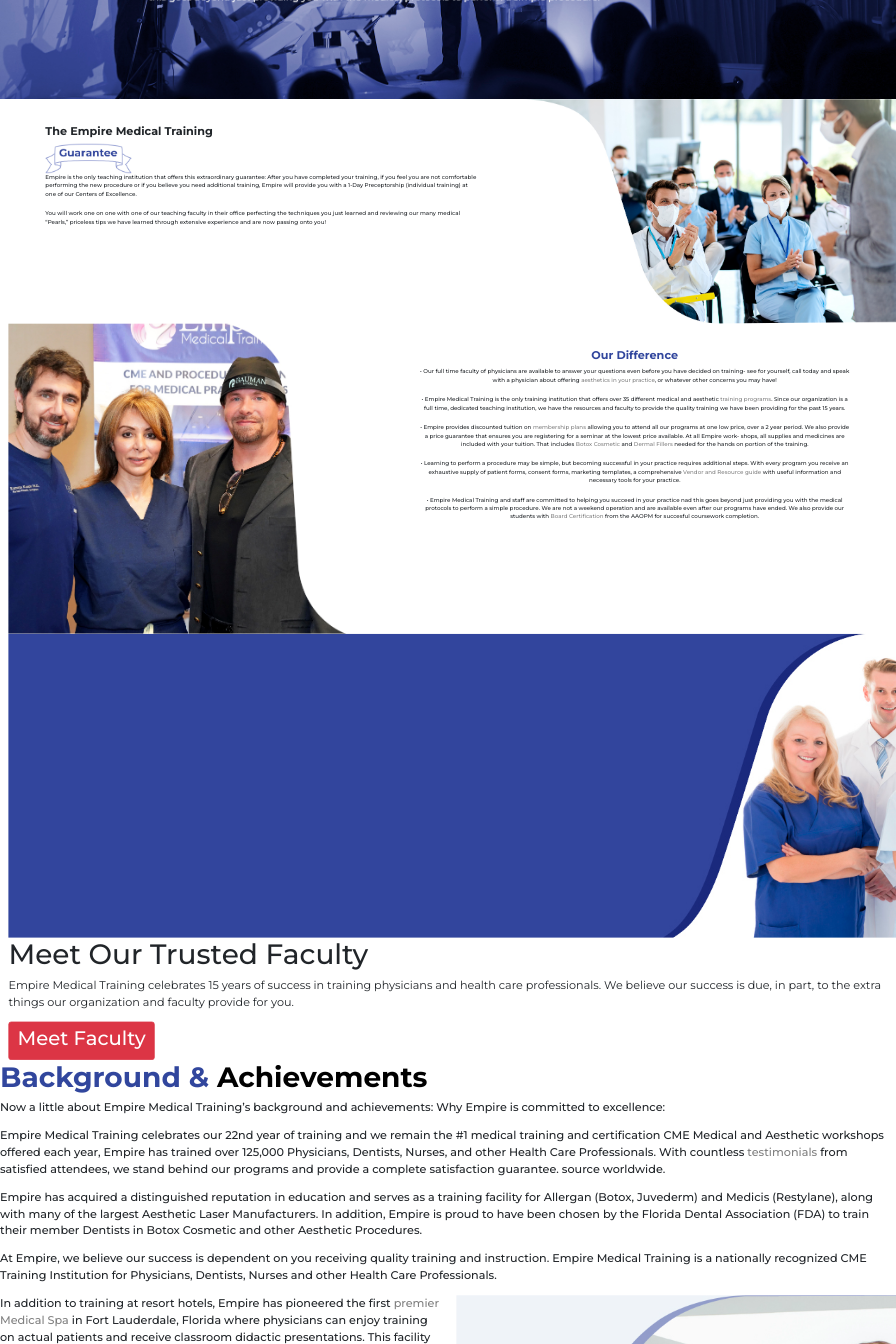
Repository: jorgi710/BODY-CONTOURING-INJECTABLES-AND-ADJUNCT-PROCEDURES
Page: our quarantee/file/src/index.html
These files come from the project's save history. The page is drawn as it stood at one moment and after the next save; the edit follows.
The browser window is 1280 px wide. The pictures show the part of the page from y = 418 to 2338 px (the page is 5890 px tall before and 6391 px after), at 70% of full size.

Above is the page before, as saved 2021-04-06 08:30:59.

### our quarantee/file/src/index.html
<!DOCTYPE html>
<html lang="en">
  <head>
    <meta charset="UTF-8" />
    <meta http-equiv="X-UA-Compatible" content="IE=edge" />
    <meta name="viewport" content="width=device-width, initial-scale=1.0" />
    <title>Page_3</title>

    <link
      href="https://cdn.jsdelivr.net/npm/bootstrap@5.0.0-beta3/dist/css/bootstrap.min.css"
      rel="stylesheet"
      integrity="sha384-eOJMYsd53ii+scO/bJGFsiCZc+5NDVN2yr8+0RDqr0Ql0h+rP48ckxlpbzKgwra6"
      crossorigin="anonymous"
    />
    <link
      href="https://fonts.googleapis.com/css2?family=Montserrat:wght@400;500;600;700&display=swap"
      rel="stylesheet"
    />
    <link rel="stylesheet" href="../css/style.css" />
  </head>
  <body>
    <header>
      <div class="container-fluid m-0 p-0">
        <img
          src="../assets/header.jpg"
          alt="navbar"
          class="img-fluid m-0 p-0"
        />
      </div>
    </header>
    <main>
      <section class="section_1">
        <div class="container-fluid text-center">
          <div class="row">
            <div class="col-sm-12 col-md-7 text-start">
              <div class="content_section_1">
                <h1 class="bold">The Empire Medical Training</h1>
                <img src="../assets/logo_main.jpg" alt="logo" class="logo" />
                <p class="medium">
                  Empire is the only teaching institution that offers this
                  extraordinary guarantee: After you have completed your
                  training, if you feel you are not comfortable performing the
                  new procedure or if you believe you need additional training,
                  Empire will provide you with a 1-Day Preceptorship (individual
                  training) at one of our Centers of Excellence.
                </p>
                <p class="medium">
                  You will work one on one with one of our teaching faculty in
                  their office perfecting the techniques you just learned and
                  reviewing our many medical “Pearls,” priceless tips we have
                  learned through extensive experience and are now passing onto
                  you!
                </p>
              </div>
            </div>
            <div class="col-md-5 justify-content-end p-0">
              <img
                src="../assets/section_1_1_web.jpg"
                alt=""
                class="d-none d-md-block img-fluid"
              />
              <img
                src="../assets/section_1_1_mobil.jpg"
                alt=""
                class="d-md-none img-fluid"
              />
            </div>
          </div>
          <div class="row">
            <div class="col-sm-12 col-md-5">
              <img
                src="../assets/section_1_2_web.jpg"
                alt="Our difference"
                class="d-none d-md-block"
              />
              <img
                src="../assets/section_1_2_mobil.jpg"
                alt=""
                class="d-md-none"
              />
            </div>
            <div class="col-md-7">
              <h1 class="bold azul">Our Difference</h1>
              <p class="medium">
                • Our full time faculty of physicians are available to answer
                your questions even before you have decided on training- see for
                yourself, call today and speak with a physician about offering
                <span class="claro">aesthetics in your practice</span>, or
                whatever other concerns you may have!
              </p>
              <p class="medium">
                • Empire Medical Training is the only training institution that
                offers over 35 different medical and aesthetic
                <span class="claro">training programs</span>. Since our
                organization is a full time, dedicated teaching institution, we
                have the resources and faculty to provide the quality training
                we have been providing for the past 15 years.
              </p>
              <p class="medium">
                • Empire provides discounted tuition on
                <span class="claro">membership plans</span>
                allowing you to attend all our programs at one low price, over a
                2 year period. We also provide a price guarantee that ensures
                you are registering for a seminar at the lowest price available.
                At all Empire work- shops, all supplies and medicines are
                included with your tuition. That includes
                <span class="claro">Botox Cosmetic</span> and
                <span class="claro">Dermal Fillers</span> needed for the hands
                on portion of the training.
              </p>
              <p class="medium">
                • Learning to perform a procedure may be simple, but becoming
                successful in your practice requires additional steps. With
                every program you receive an exhaustive supply of patient forms,
                consent forms, marketing templates, a comprehensive
                <span class="claro">Vendor and Resource guide</span> with useful
                information and necessary tools for your practice.
              </p>
              <p class="medium">
                • Empire Medical Training and staff are committed to helping you
                succeed in your practice nad this goes beyond just providing you
                with the medical protocols to perform a simple procedure. We are
                not a weekend operation and are available even after our
                programs have ended. We also provide our students with
                <span class="claro"> Board Certification</span> from the AAOPM
                for succesful coursework completion.
              </p>
            </div>
          </div>
        </div>
      </section>
      <section class="section_2">
        <div class="container-fluid">
          <img src="../assets/section_2.jpg" alt="Meet Our Trusted Faculty" />

          <div class="content">
            <h1>Meet Our Trusted Faculty</h1>
            <p>
              Empire Medical Training celebrates 15 years of success in training
              physicians and health care professionals. We believe our success
              is due, in part, to the extra things our organization and faculty
              provide for you.
            </p>
            <button class="btn btn-danger"><h3>Meet Faculty</h3></button>
          </div>
        </div>
      </section>
      <section class="section_3">
        <div>
          <h1 class="negro bold">
            <span class="azul">Background &</span> Achievements
          </h1>
          <p class="medium">
            Now a little about Empire Medical Training’s background and
            achievements: Why Empire is committed to excellence:
          </p>
          <p class="medium">
            Empire Medical Training celebrates our 22nd year of training and we
            remain the #1 medical training and certification CME Medical and
            Aesthetic workshops offered each year, Empire has trained over
            125,000 Physicians, Dentists, Nurses, and other Health Care
            Professionals. With countless
            <span class="claro">testimonials</span> from satisfied attendees, we
            stand behind our programs and provide a complete satisfaction
            guarantee. source worldwide.
          </p>
          <p class="medium">
            Empire has acquired a distinguished reputation in education and
            serves as a training facility for Allergan (Botox, Juvederm) and
            Medicis (Restylane), along with many of the largest Aesthetic Laser
            Manufacturers. In addition, Empire is proud to have been chosen by
            the Florida Dental Association (FDA) to train their member Dentists
            in Botox Cosmetic and other Aesthetic Procedures.
          </p>
          <p class="medium">
            At Empire, we believe our success is dependent on you receiving
            quality training and instruction. Empire Medical Training is a
            nationally recognized CME Training Institution for Physicians,
            Dentists, Nurses and other Health Care Professionals.
          </p>
        </div>
        <div class="row">
          <div class="col-sm-12 col-md-6">
            <p class="medium">
              In addition to training at resort hotels, Empire has pioneered the
              first <span class="claro">premier Medical Spa</span> in Fort
              Lauderdale, Florida where physicians can enjoy training on actual
              patients and receive classroom didactic presentations. This
              facility has been designed specifically for training purposes
              utilizing state of the art aesthetic lasers and medical spa
              equipment along with modern classroom facilities and training
              aids. All courses are conducted by Physicians and other
              Specialists in Aesthetics, Pain Management, Surgery, and Medicine.
              Not by less qualified Instructors.
            </p>
            <p class="medium">
              Empire has achieved an outstanding reputation through a
              distinguished faculty of Physician specialists. Your training will
              be conducted by Physicians and other Specialists in Aesthetics,
              Pain Management, Surgery, and Medicine. We believe it is important
              for attendees to be exposed to a faculty of instructors for a more
              complete understanding of the topic, rather than just 1 part time
              physician or nurse instructor like many training companies do.
              Beware of start up seminar companies who employ less qualified
              personnel for your training, or local doctors’ offices with
              impressive web sites looking to supplement their income by
              offering inferior or incomplete training as a side job.
            </p>
          </div>
          <div class="col-sm-12 col-md-6">
            <img
              src="../assets/section_3_web.jpg"
              alt="background achievements"
              class="d-none d-md-block"
            />
            <img
              src="../assets/section_3_mobil.jpg"
              alt="background achievements"
              class="d-md-none"
            />
          </div>
        </div>
      </section>
      <section class="section_4">
        <img src="../assets/section_4.jpg" alt="aesthetics starter kit" />
      </section>
      <section class="section_5">
        <div class="row">
          <div class="col-sm-12 col-md-6">
            <img
              src="../assets/section_5_web.jpg"
              alt="empire"
              class="d-none d-md-block"
            />
            <img
              src="../assets/section_5_mobile.jpg"
              alt="empire"
              class="d-md-none"
            />
          </div>
          <div class="col-md-6">
            <h1 class="bold">
              The Programs at Empire are Actually
              <span class="azul">Hands On</span>
            </h1>
            <p class="medium">
              Many seminar companies claim you will receive hands on training
              but they can not, or, are not qualified to provide this
              experience. During our Aesthetic Programs, Empire attendees will
              inject live patients with real, authentic products – not saline)
              and perform other procedures depending on the topic. During other
              esthetic training and our medical procedures’ training, attendees
              will work on
              <span class="claro">Cadavers from the Medical School</span>
              University lab along with volunteer patients and models.
            </p>
            <p class="medium">
              Empire works with a variety of the largest medical equipment
              manufacturers to help provide the training which requires
              equipment usage, i.e. Aesthetic Lasers and Supplies, Ultrasound, X
              Ray, etc. This variety is essential for attendees to gain a
              complete understanding of the technologies available rather than
              just a limited exposure. You will never see only 1 or 2 laser
              manufacturers at our programs. Beware of training institutions who
              have arrangements with only 1 or 2 vendors.
            </p>
          </div>
        </div>
        <p class="medium">
          Deciding on where you receive you training is an important decision
          and should be made carefully. Make sure your instructors are Physician
          Specialists in their field, i.e. Plastic Surgery and are part of a
          faculty of the institution. Simply reading some instructions is not
          enough, quality instruction means going beyond the technical details
          and into the <span class="claro">“pearls”</span> that make your
          patients happy and give you the reputation you want. Beware of less
          qualified personnel. Be sure the training institution is dedicated to
          training and not a part time doctors office/ seminar company. Make
          sure the programs are fully accredited by a medical academy and not
          “co sponsored” by another institution. Most importantly, beware of
          unrealistic promises and look for training that can and will provide
          Hands- On experience. There is no other effective way to learn
          procedural skills. Empire Medical Training is dedicated to your
          success and we encourage you to ask questions with whomever you decide
          to be trained by.
        </p>
      </section>
    </main>
    <footer>
      <img src="../assets/footer.jpg" alt="footer" class="img-fluid" />
    </footer>
  </body>
</html>

### our quarantee/file/css/style.css
@import url("https://fonts.googleapis.com/css2?family=Montserrat:wght@400;500;600;700&display=swap");
* {
  box-sizing: border-box;
  font-family: var(--fuente);
}
header,
section {
  overflow-x: hidden;
}
:root {
  --fuente: "Montserrat", cursive;
  --azul: #31469d;
  --clarito: #808080;
  --negro: #000000;
  --regular: 400;
  --medium: 500;
  --semi_bold: 600;
  --bold: 700;
}
.regular {
  font-weight: 400;
}
.medium {
  font-weight: 500;
}
.semi {
  font-weight: 600;
}
.bold {
  font-weight: 700;
}
.azul {
  color: #31469d;
}
.claro {
  color: #808080;
}
.negro {
  color: #000000;
}
.section_1 .row .col-md-7 {
  padding: 5vmin 9vmin;
  padding-bottom: 10vmin;
}
.section_1 .row .col-md-5 img {
  width: 100%;
}
.section_1 .row .col-md-7 h1 {
  font-size: medium;
}
.section_1 .row .col-md-7 p {
  font-size: 1.1vmin;
}
.section_1 .row .col-md-7 .logo {
  width: 20%;
}

After the next save:
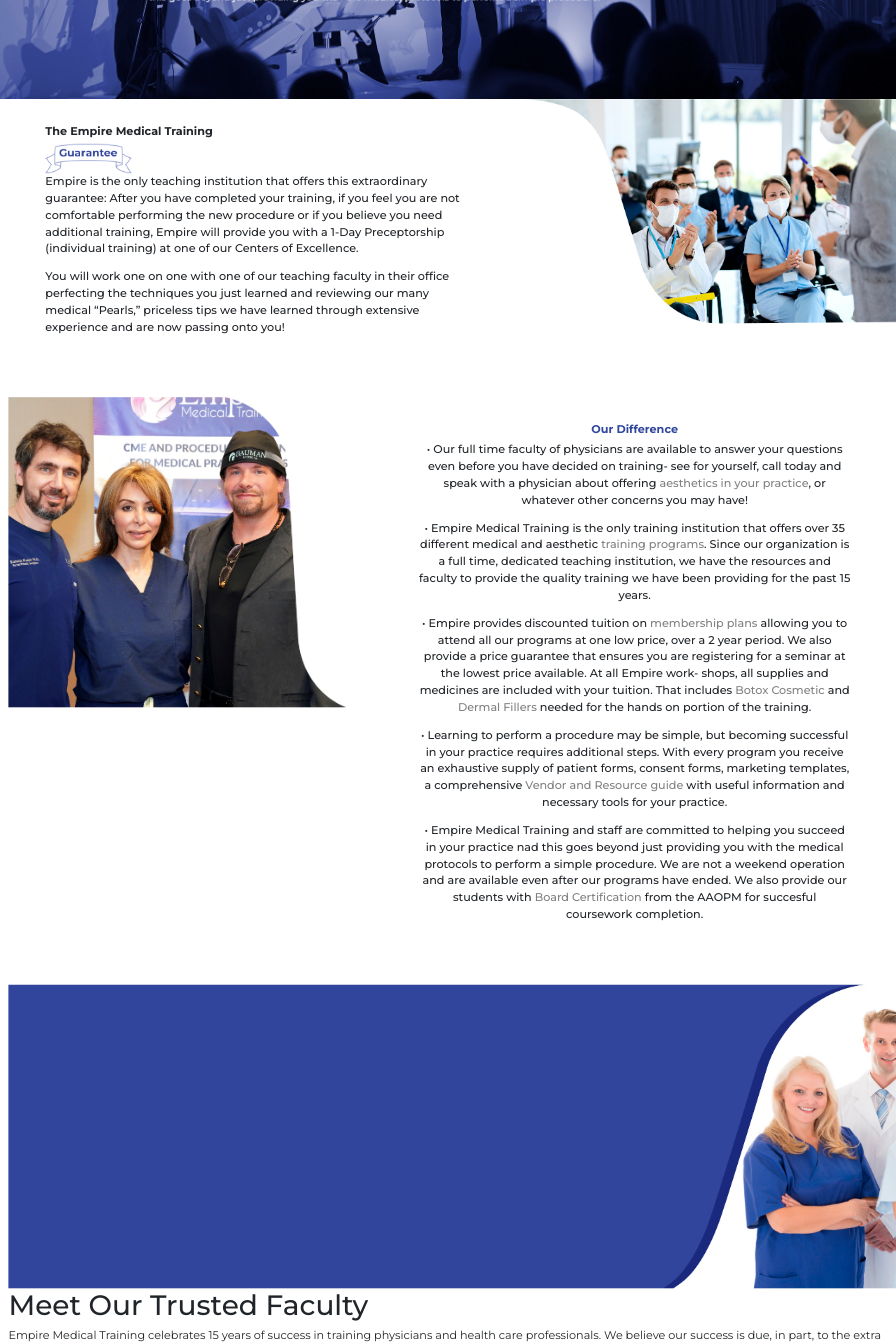
Saved 117 s later.
--- a/our quarantee/file/css/style.css
+++ b/our quarantee/file/css/style.css
@@ -49,7 +49,7 @@
   font-size: medium;
 }
 .section_1 .row .col-md-7 p {
-  font-size: 1.1vmin;
+  font-size: 1.2 vmin;
 }
 .section_1 .row .col-md-7 .logo {
   width: 20%;

After the save that followed:
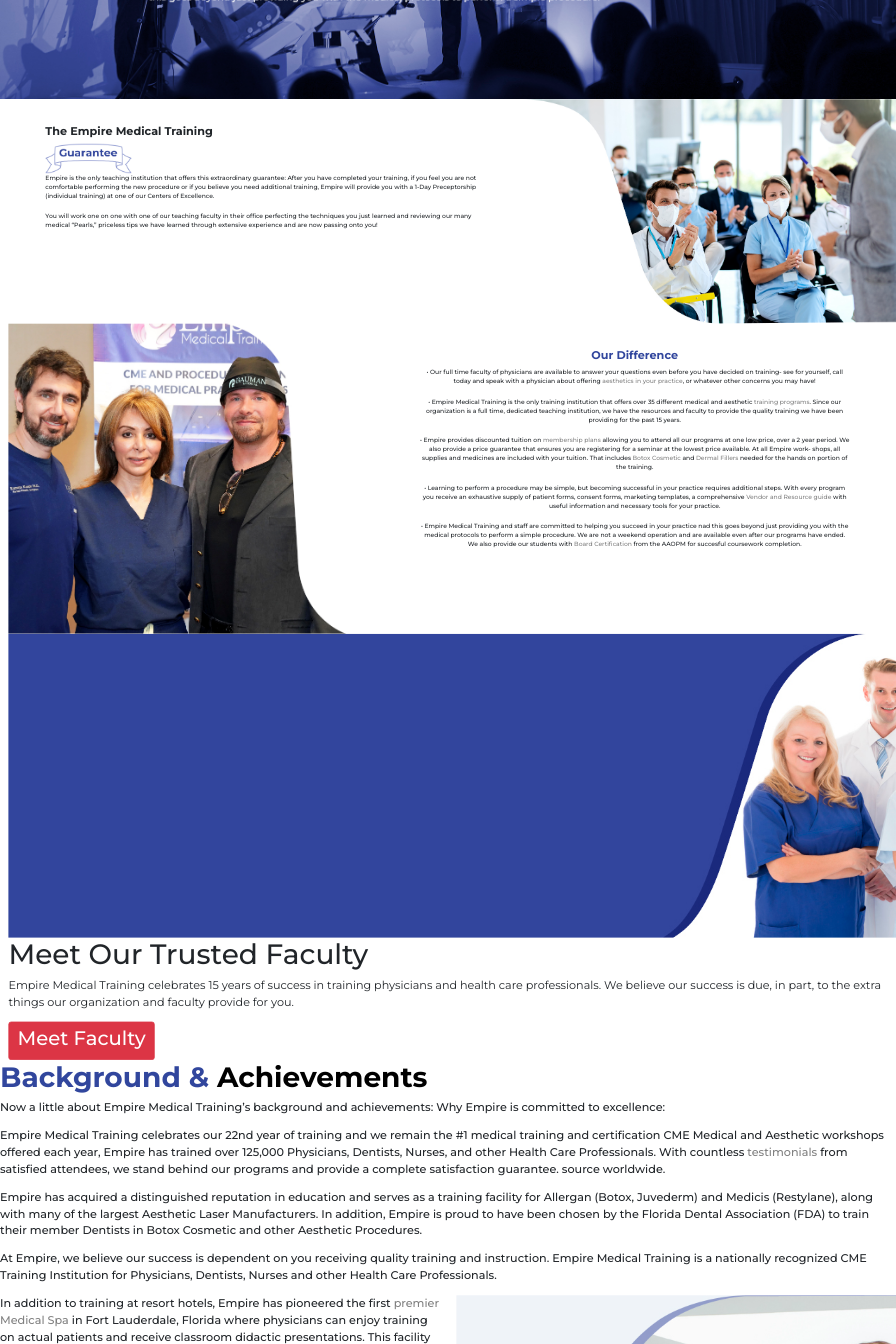
Saved 4 s later.
--- a/our quarantee/file/css/style.css
+++ b/our quarantee/file/css/style.css
@@ -49,7 +49,7 @@
   font-size: medium;
 }
 .section_1 .row .col-md-7 p {
-  font-size: 1.2 vmin;
+  font-size: 1.2vmin;
 }
 .section_1 .row .col-md-7 .logo {
   width: 20%;
